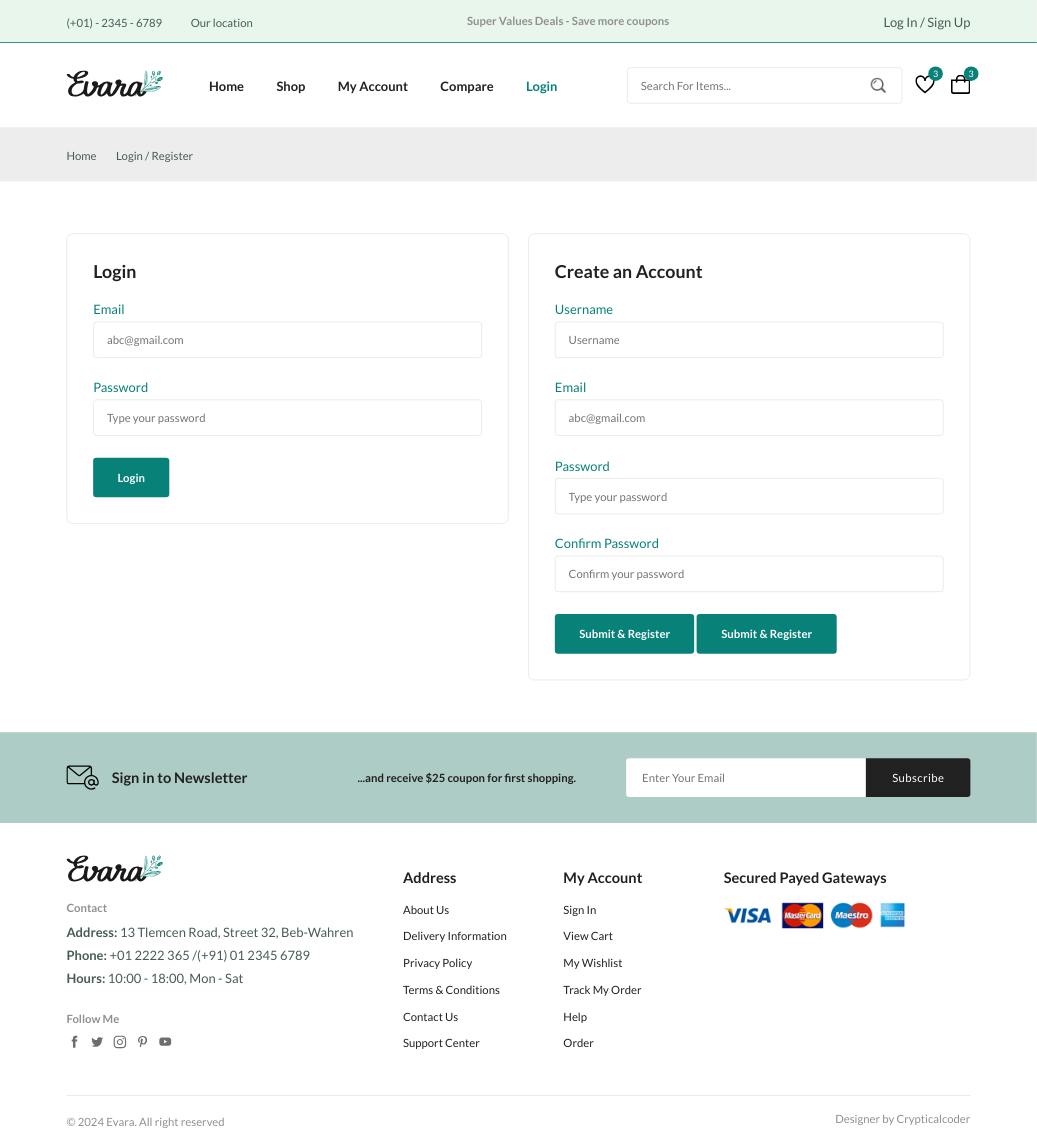
Repository: binhphanbp/evara-ecommerce
Page: login-register.html
The author's editor kept a copy of each file at every save. The page is drawn from the files as they stood at one save, then again after the next save.
The browser window is 1280 px wide. The pictures show the whole page, at 81% of full size.

Above is the page before, as saved 2025-04-14 17:38:50.

### login-register.html
<!DOCTYPE html>
<html lang="en">
  <head>
    <meta charset="UTF-8" />
    <meta name="viewport" content="width=device-width, initial-scale=1.0" />

    <!--=============== FLATICON ===============-->
    <link
      rel="stylesheet"
      href="https://cdn-uicons.flaticon.com/2.0.0/uicons-regular-straight/css/uicons-regular-straight.css"
    />

    <!--=============== SWIPER CSS ===============-->
    <link
      rel="stylesheet"
      href="https://cdn.jsdelivr.net/npm/swiper@11/swiper-bundle.min.css"
    />

    <!--=============== CSS ===============-->
    <link rel="stylesheet" href="./assets/css/styles.css" />

    <title>Ecommerce Website</title>
  </head>
  <body>
    <!--=============== HEADER ===============-->
    <header class="header">
      <div class="header__top">
        <div class="header__container container">
          <div class="header__contact">
            <span>(+01) - 2345 - 6789</span>
            <span>Our location</span>
          </div>
          <p class="header__alert-news">
            Super Values Deals - Save more coupons
          </p>
          <a href="login-register.html" class="header__top-action">
            Log In / Sign Up
          </a>
        </div>
      </div>

      <nav class="nav container">
        <a href="index.html" class="nav__logo">
          <img
            class="nav__logo-img"
            src="assets/img/logo.svg"
            alt="website logo"
          />
        </a>
        <div class="nav__menu" id="nav-menu">
          <ul class="nav__list">
            <li class="nav__item">
              <a href="index.html" class="nav__link">Home</a>
            </li>
            <li class="nav__item">
              <a href="shop.html" class="nav__link">Shop</a>
            </li>
            <li class="nav__item">
              <a href="accounts.html" class="nav__link">My Account</a>
            </li>
            <li class="nav__item">
              <a href="compare.html" class="nav__link">Compare</a>
            </li>
            <li class="nav__item">
              <a href="login-register.html" class="nav__link active-link"
                >Login</a
              >
            </li>
          </ul>
          <div class="header__search">
            <input
              type="text"
              placeholder="Search For Items..."
              class="form__input"
            />
            <button class="search__btn">
              <img src="assets/img/search.png" alt="search icon" />
            </button>
          </div>
        </div>
        <div class="header__user-actions">
          <a href="wishlist.html" class="header__action-btn" title="Wishlist">
            <img src="assets/img/icon-heart.svg" alt="" />
            <span class="count">3</span>
          </a>
          <a href="cart.html" class="header__action-btn" title="Cart">
            <img src="assets/img/icon-cart.svg" alt="" />
            <span class="count">3</span>
          </a>
        </div>
      </nav>
    </header>

    <!--=============== MAIN ===============-->
    <main class="main">
      <!--=============== BREADCRUMB ===============-->
      <section class="breadcrumb">
        <ul class="breadcrumb__list flex container">
          <li><a href="index.html" class="breadcrumb__link">Home</a></li>
          <li><span class="breadcrumb__link"></span></li>
          <li><span class="breadcrumb__link">Login / Register</span></li>
        </ul>
      </section>

      <!--=============== LOGIN-REGISTER ===============-->
      <section class="login-register section--lg">
        <div class="login-register__container container grid">
          <div class="login">
            <h3 class="section__title">Login</h3>

            <!-- Form Login -->
            <form id="loginForm" class="form grid">
              <div class="form-group">
                <label for="loginEmail">Email</label>
                <input
                  type="text"
                  id="loginEmail"
                  placeholder="abc@gmail.com"
                  class="form__input"
                />
                <span id="loginEmailError" class="error"></span>
              </div>
              <div class="form-group">
                <label for="loginPassword">Password</label>
                <input
                  type="password"
                  id="loginPassword"
                  placeholder="Type your password"
                  class="form__input"
                />
                <span id="loginPasswordError" class="error"></span>
              </div>
              <div class="form__btn">
                <button class="btn" type="submit">Login</button>
              </div>
            </form>
          </div>
          <div class="register">
            <h3 class="section__title">Create an Account</h3>

            <!-- Form Register -->
            <form id="registerForm" class="form grid">
              <div class="form-group">
                <label for="regUsername">Username</label>
                <input
                  type="text"
                  id="regUsername"
                  placeholder="Username"
                  class="form__input"
                />
                <span id="regUsernameError" class="error"></span>
              </div>
              <div class="form-group">
                <label for="regEmail">Email</label>
                <input
                  type="text"
                  id="regEmail"
                  placeholder="abc@gmail.com"
                  class="form__input"
                />
                <span id="regEmailError" class="error"></span>
              </div>
              <div class="form-group">
                <label for="regPassword">Password</label>
                <input
                  type="password"
                  id="regPassword"
                  placeholder="Type your password"
                  class="form__input"
                />
                <span id="regPasswordError" class="error"></span>
              </div>
              <div class="form-group">
                <label for="regConfirmPassword">Confirm Password</label>
                <input
                  type="password"
                  id="regConfirmPassword"
                  placeholder="Confirm your password"
                  class="form__input"
                />
                <span id="regConfirmPasswordError" class="error"></span>
              </div>
              <div class="form__btn">
                <button class="btn" type="submit">Submit &amp; Register</button>
                <button class="btn" type="submit">Submit &amp; Register</button>
              </div>
            </form>
          </div>
        </div>
      </section>

      <!--=============== NEWSLETTER ===============-->
      <section class="newsletter section">
        <div class="newsletter__container container grid">
          <h3 class="newsletter__title flex">
            <img
              src="./assets/img/icon-email.svg"
              alt=""
              class="newsletter__icon"
            />
            Sign in to Newsletter
          </h3>
          <p class="newsletter__description">
            ...and receive $25 coupon for first shopping.
          </p>
          <form action="" class="newsletter__form">
            <input
              type="text"
              placeholder="Enter Your Email"
              class="newsletter__input"
            />
            <button type="submit" class="newsletter__btn">Subscribe</button>
          </form>
        </div>
      </section>
    </main>

    <!--=============== FOOTER ===============-->
    <footer class="footer container">
      <div class="footer__container grid">
        <div class="footer__content">
          <a href="index.html" class="footer__logo">
            <img src="./assets/img/logo.svg" alt="" class="footer__logo-img" />
          </a>
          <h4 class="footer__subtitle">Contact</h4>
          <p class="footer__description">
            <span>Address:</span> 13 Tlemcen Road, Street 32, Beb-Wahren
          </p>
          <p class="footer__description">
            <span>Phone:</span> +01 2222 365 /(+91) 01 2345 6789
          </p>
          <p class="footer__description">
            <span>Hours:</span> 10:00 - 18:00, Mon - Sat
          </p>
          <div class="footer__social">
            <h4 class="footer__subtitle">Follow Me</h4>
            <div class="footer__links flex">
              <a href="#">
                <img
                  src="./assets/img/icon-facebook.svg"
                  alt=""
                  class="footer__social-icon"
                />
              </a>
              <a href="#">
                <img
                  src="./assets/img/icon-twitter.svg"
                  alt=""
                  class="footer__social-icon"
                />
              </a>
              <a href="#">
                <img
                  src="./assets/img/icon-instagram.svg"
                  alt=""
                  class="footer__social-icon"
                />
              </a>
              <a href="#">
                <img
                  src="./assets/img/icon-pinterest.svg"
                  alt=""
                  class="footer__social-icon"
                />
              </a>
              <a href="#">
                <img
                  src="./assets/img/icon-youtube.svg"
                  alt=""
                  class="footer__social-icon"
                />
              </a>
            </div>
          </div>
        </div>
        <div class="footer__content">
          <h3 class="footer__title">Address</h3>
          <ul class="footer__links">
            <li><a href="#" class="footer__link">About Us</a></li>
            <li><a href="#" class="footer__link">Delivery Information</a></li>
            <li><a href="#" class="footer__link">Privacy Policy</a></li>
            <li><a href="#" class="footer__link">Terms &amp; Conditions</a></li>
            <li><a href="#" class="footer__link">Contact Us</a></li>
            <li><a href="#" class="footer__link">Support Center</a></li>
          </ul>
        </div>
        <div class="footer__content">
          <h3 class="footer__title">My Account</h3>
          <ul class="footer__links">
            <li><a href="#" class="footer__link">Sign In</a></li>
            <li><a href="#" class="footer__link">View Cart</a></li>
            <li><a href="#" class="footer__link">My Wishlist</a></li>
            <li><a href="#" class="footer__link">Track My Order</a></li>
            <li><a href="#" class="footer__link">Help</a></li>
            <li><a href="#" class="footer__link">Order</a></li>
          </ul>
        </div>
        <div class="footer__content">
          <h3 class="footer__title">Secured Payed Gateways</h3>
          <img
            src="./assets/img/payment-method.png"
            alt=""
            class="payment__img"
          />
        </div>
      </div>
      <div class="footer__bottom">
        <p class="copyright">&copy; 2024 Evara. All right reserved</p>
        <span class="designer">Designer by Crypticalcoder</span>
      </div>
    </footer>

    <!--=============== SWIPER JS ===============-->
    <script src="https://cdn.jsdelivr.net/npm/swiper@11/swiper-bundle.min.js"></script>

    <!--=============== MAIN JS ===============-->
    <script src="./assets/js/main.js"></script>
  </body>
</html>

Loaded but not shown: assets/js/main.js (253 lines, source omitted); assets/css/styles.css (2143 lines, source omitted)

After the next save:
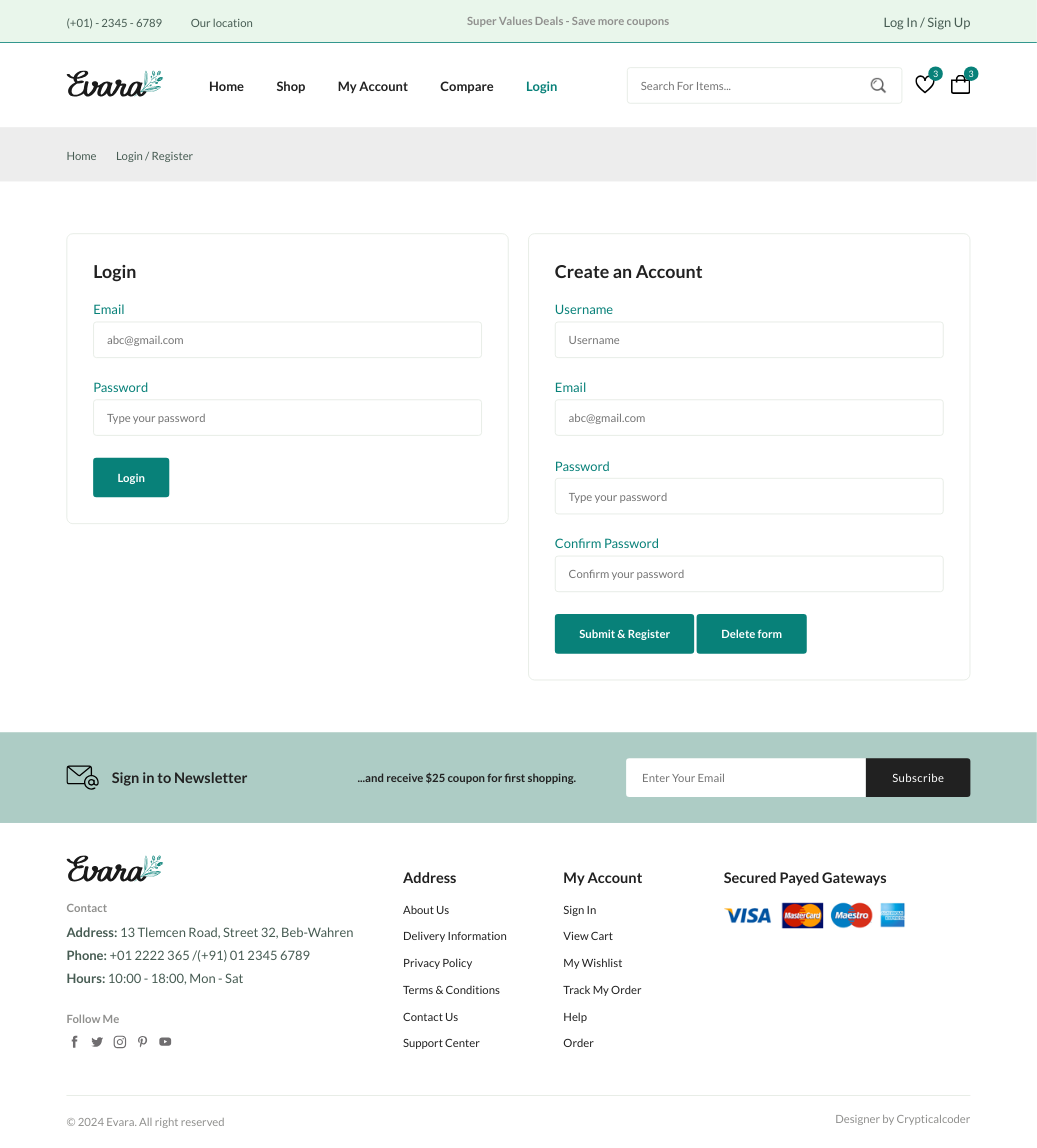
Saved 12 s later.
--- a/login-register.html
+++ b/login-register.html
@@ -182,7 +182,7 @@
               </div>
               <div class="form__btn">
                 <button class="btn" type="submit">Submit &amp; Register</button>
-                <button class="btn" type="submit">Submit &amp; Register</button>
+                <button class="btn">Delete form</button>
               </div>
             </form>
           </div>
